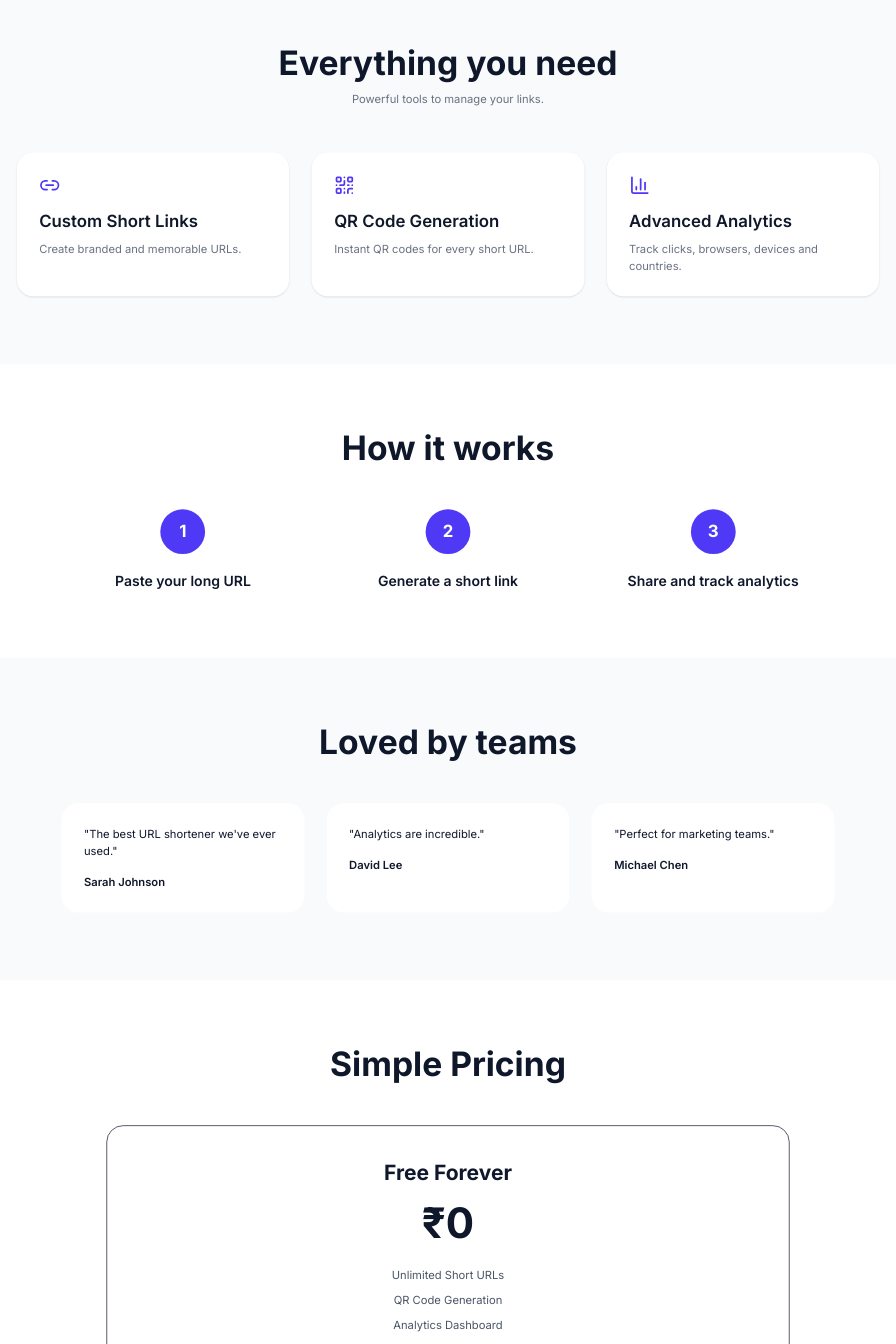
Repository: kiran2k5-ai/Url-Short
Page: / (app in url-shortener-frontend/)
The author's editor kept a copy of each file at every save. The page is drawn from the files as they stood at one save, then again after the next save.
The browser window is 1280 px wide. The pictures show the part of the page from y = 1012 to 2932 px (the page is 3609 px tall before and 3681 px after), at 70% of full size.
The page's requests for data from a server got no answer. The project was rebuilt for these pictures with package versions that can differ from the ones it lists, and the page was loaded fresh each time. No one was signed in, and anything a server would have sent is missing. Also part of the build but not shown: url-shortener-frontend/vite.config.js, url-shortener-frontend/src/services/api.js, url-shortener-frontend/src/services/authService.js, url-shortener-frontend/src/pages/Login.jsx, url-shortener-frontend/src/pages/Signup.jsx, url-shortener-frontend/src/api.js, url-shortener-frontend/src/context/AuthContext.jsx, url-shortener-frontend/src/pages/Dashboard.jsx and 1 more.

Above is the page before, as saved 2026-06-03 15:33:26.

After the next save:
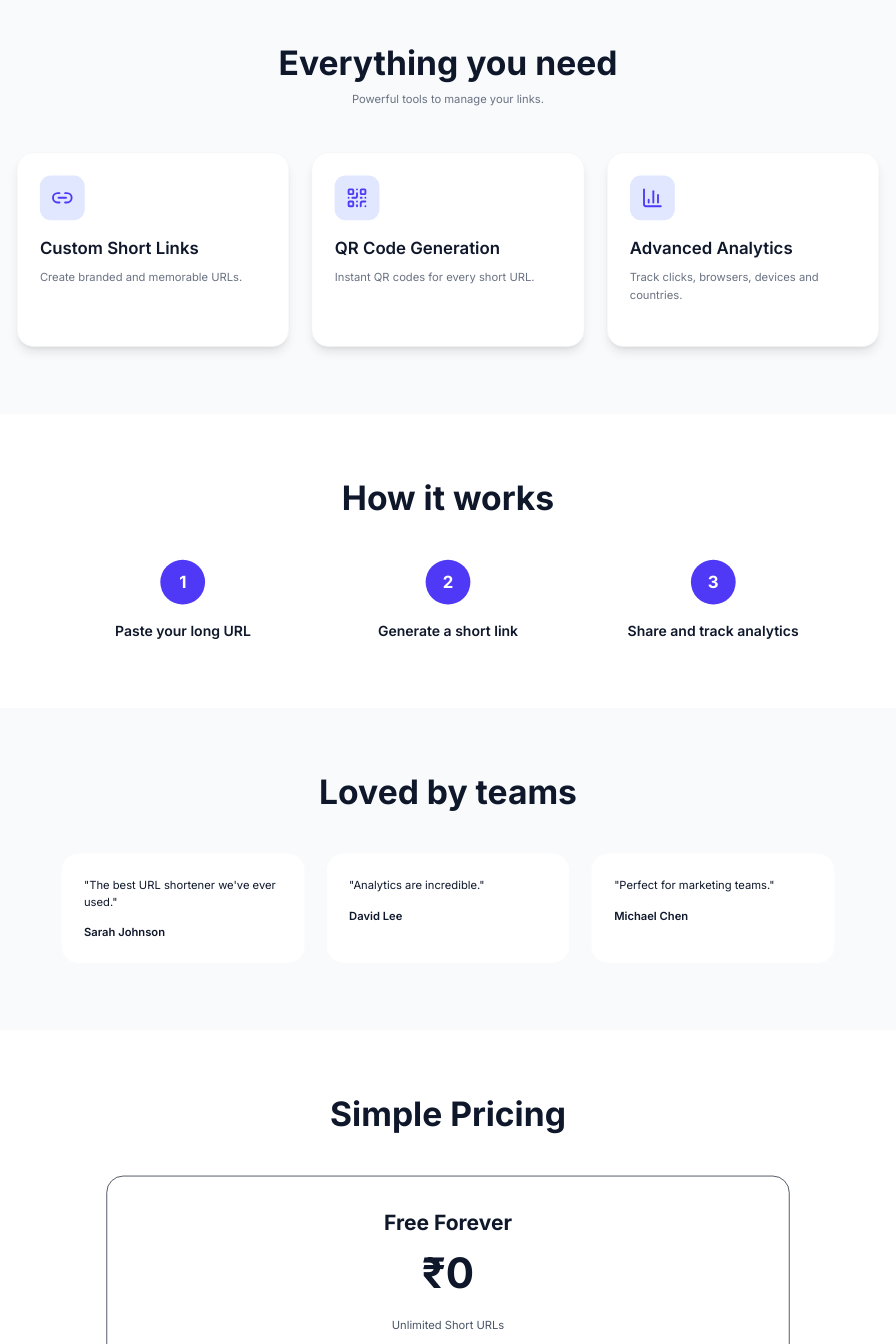
Saved 34 s later.
--- a/url-shortener-frontend/src/components/Features.jsx
+++ b/url-shortener-frontend/src/components/Features.jsx
@@ -4,23 +4,25 @@ import {
     BarChart3
 } from "lucide-react";
 
+import { motion } from "framer-motion";
+
 function Features() {
 
     const features = [
         {
-            icon: <Link2 size={30} />,
+            icon: <Link2 size={32} />,
             title: "Custom Short Links",
             description:
                 "Create branded and memorable URLs."
         },
         {
-            icon: <QrCode size={30} />,
+            icon: <QrCode size={32} />,
             title: "QR Code Generation",
             description:
                 "Instant QR codes for every short URL."
         },
         {
-            icon: <BarChart3 size={30} />,
+            icon: <BarChart3 size={32} />,
             title: "Advanced Analytics",
             description:
                 "Track clicks, browsers, devices and countries."
@@ -34,33 +36,111 @@ function Features() {
         >
             <div className="max-w-7xl mx-auto px-6">
 
-                <h2 className="text-5xl font-bold text-center">
+                <motion.h2
+                    initial={{
+                        opacity: 0,
+                        y: 30
+                    }}
+                    whileInView={{
+                        opacity: 1,
+                        y: 0
+                    }}
+                    viewport={{
+                        once: true
+                    }}
+                    transition={{
+                        duration: 0.6
+                    }}
+                    className="text-5xl font-bold text-center"
+                >
                     Everything you need
-                </h2>
+                </motion.h2>
 
-                <p className="text-center text-gray-500 mt-4">
+                <motion.p
+                    initial={{
+                        opacity: 0
+                    }}
+                    whileInView={{
+                        opacity: 1
+                    }}
+                    viewport={{
+                        once: true
+                    }}
+                    transition={{
+                        delay: 0.2,
+                        duration: 0.6
+                    }}
+                    className="text-center text-gray-500 mt-4"
+                >
                     Powerful tools to manage your links.
-                </p>
+                </motion.p>
 
                 <div className="grid md:grid-cols-3 gap-8 mt-16">
 
                     {features.map((feature, index) => (
-                        <div
+
+                        <motion.div
                             key={index}
-                            className="bg-white p-8 rounded-3xl shadow-sm"
+                            initial={{
+                                opacity: 0,
+                                y: 50
+                            }}
+                            whileInView={{
+                                opacity: 1,
+                                y: 0
+                            }}
+                            viewport={{
+                                once: true
+                            }}
+                            transition={{
+                                delay: index * 0.2,
+                                duration: 0.6
+                            }}
+                            whileHover={{
+                                y: -12,
+                                scale: 1.04,
+                                rotateX: 5,
+                                rotateY: 5
+                            }}
+                            className="bg-white p-8 rounded-3xl shadow-lg border border-gray-100 cursor-pointer"
                         >
-                            <div className="text-indigo-600">
+
+                            <motion.div
+                                whileHover={{
+                                    rotate: 15,
+                                    scale: 1.15
+                                }}
+                                transition={{
+                                    duration: 0.3
+                                }}
+                                className="w-16 h-16 rounded-2xl bg-indigo-100 text-indigo-600 flex items-center justify-center"
+                            >
                                 {feature.icon}
-                            </div>
+                            </motion.div>
 
-                            <h3 className="mt-5 text-2xl font-semibold">
+                            <h3 className="mt-6 text-2xl font-semibold">
                                 {feature.title}
                             </h3>
 
-                            <p className="mt-3 text-gray-500">
+                            <p className="mt-3 text-gray-500 leading-relaxed">
                                 {feature.description}
                             </p>
-                        </div>
+
+                            <motion.div
+                                initial={{
+                                    width: 0
+                                }}
+                                whileHover={{
+                                    width: "100%"
+                                }}
+                                transition={{
+                                    duration: 0.3
+                                }}
+                                className="h-1 bg-indigo-600 mt-6 rounded-full"
+                            />
+
+                        </motion.div>
+
                     ))}
 
                 </div>
